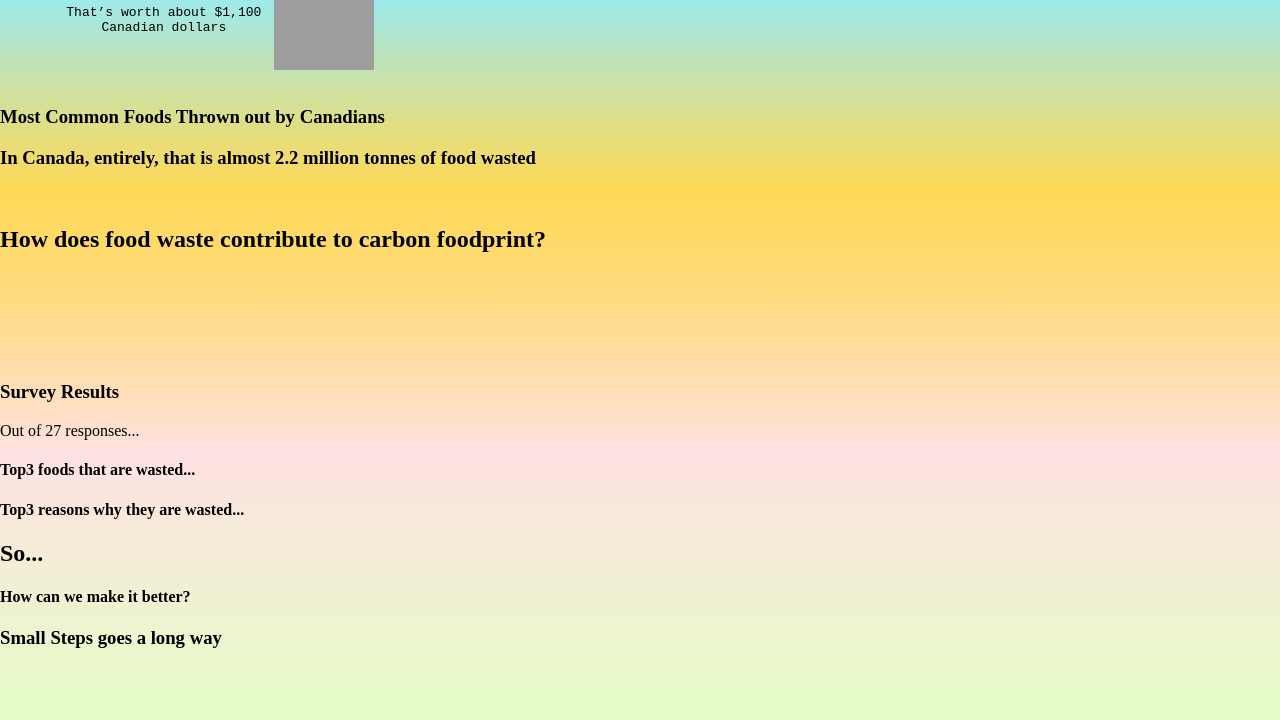
Repository: iorid3/Midterm
Page: index.html
These files come from the project's save history. The page is drawn as it stood at one moment and after a run of saves; the edit follows.
The browser window is 1280 px wide. The pictures show the whole page.
Pictures or frames that could not be fetched are drawn as grey boxes. An inner scrolling area shows only its first screen.

Above is the page before, as saved 2021-03-08 12:36:45.
Console error: TypeError: Cannot read properties of null (reading 'innerHTML')

After the next 2 saves:
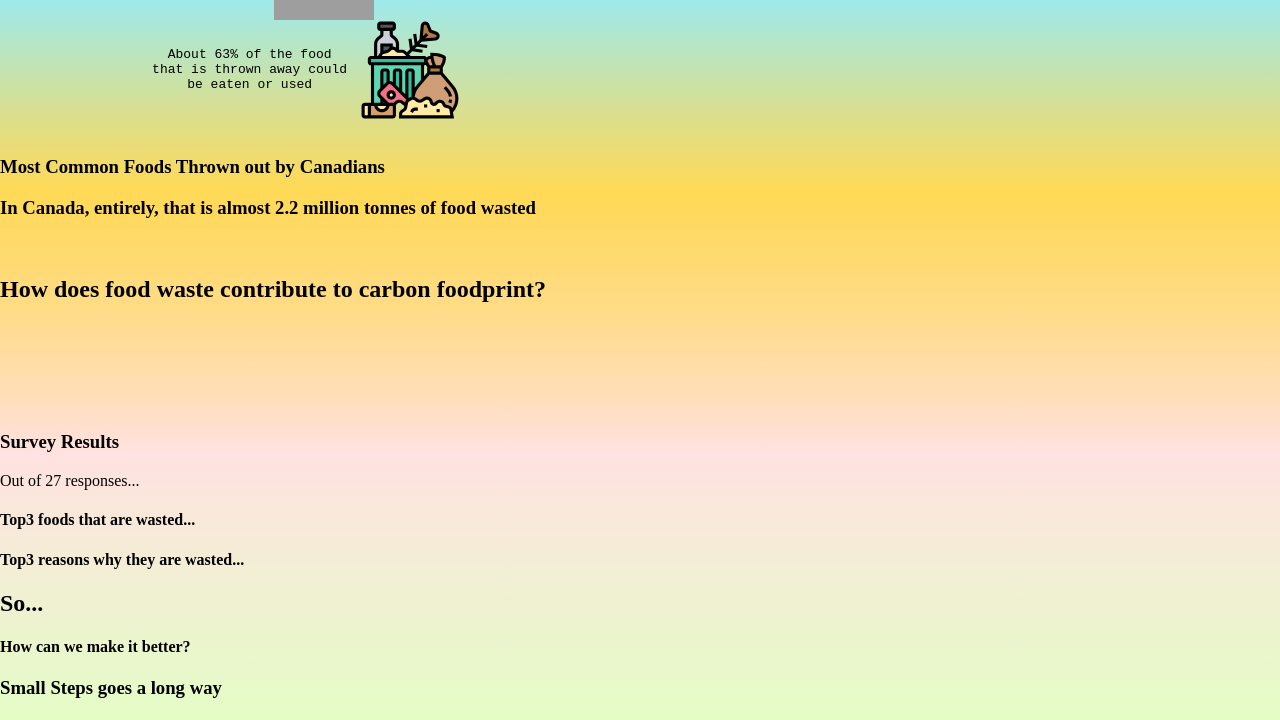
The 2 saves are shown as one change because they came seconds apart.
The last was saved 6 s later.
--- a/index.js
+++ b/index.js
@@ -12,7 +12,7 @@
 
 document.querySelector(".comp3_1").innerHTML += Comp3UI('Average Canadian wastes 140kg of food in a year', 'icons/grocery.svg')
 document.querySelector(".comp3_2").innerHTML += Comp3UI('That’s worth about $1,100 Canadian dollars', 'icons/canada.svg')
-document.querySelector(".three").innerHTML += Comp3UI('About 63% of the food that is thrown away could be eaten or used', 'icons/garbage.svg')
+document.querySelector(".comp3_3").innerHTML += Comp3UI('About 63% of the food that is thrown away could be eaten or used', 'icons/garbage.svg')
 document.querySelector(".four").innerHTML += Comp3UI('A single household waste approximately $100 per month', 'icons/family.svg')
 
 document.querySelector(".middle").innerHTML += Comp4UI('icons/vegetable.svg', 'Vegetables',70,370)
